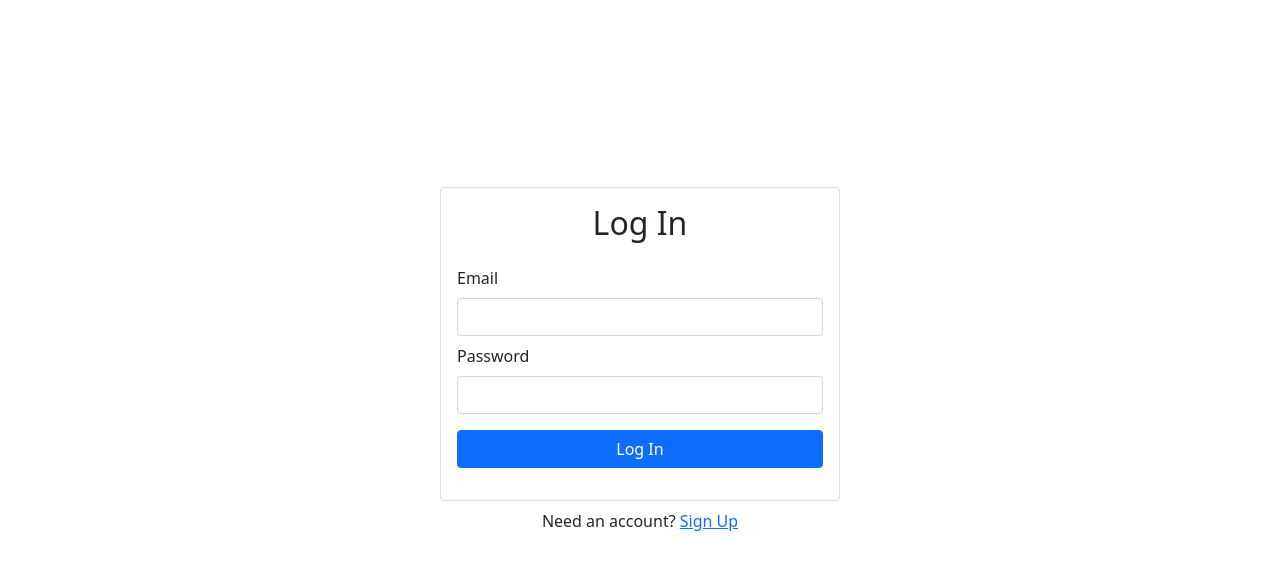
Repository: castilla-aurela/firebase-react-auth
Page: /
An editor plug-in stored every save of this project. The page is shown before and after a run of saves, followed by the edit.
The browser window is 1280 px wide. The pictures show the whole page.
The project was rebuilt for these pictures with package versions that can differ from the ones it lists, and the page was loaded fresh each time. Also part of the build but not shown: src/components/Signup.js, src/components/Dashboard.js.

Above is the page before, as saved 2021-10-04 22:03:37.

After the next 2 saves:
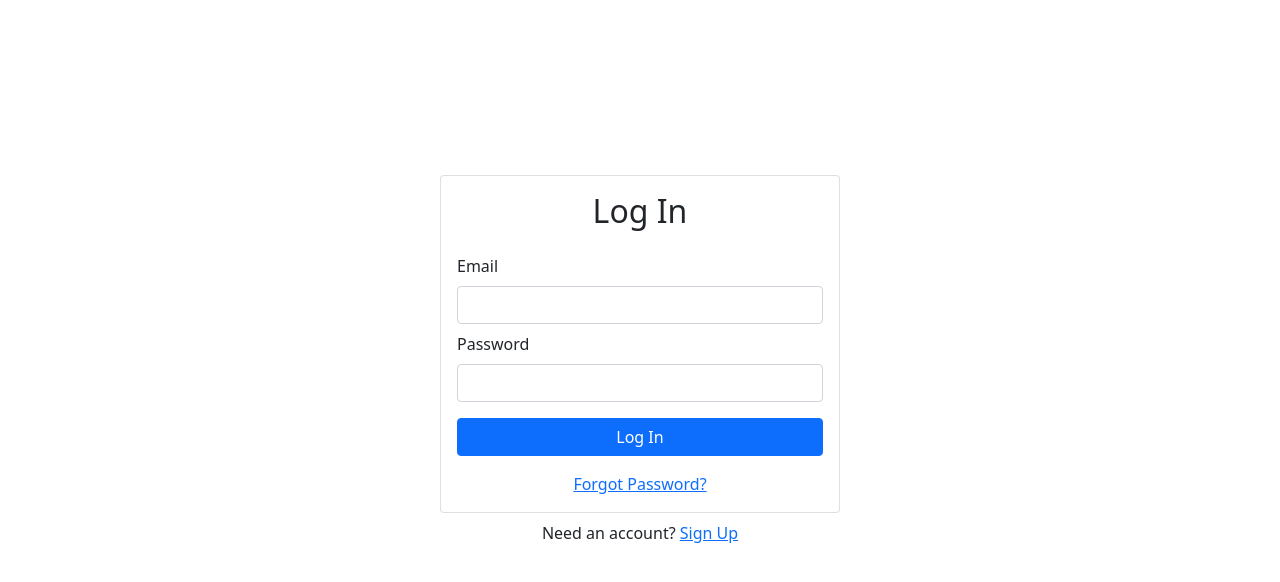
The 2 saves are shown as one change because they came seconds apart.
The last was saved 17 s later.
--- a/src/components/Login.js
+++ b/src/components/Login.js
@@ -44,7 +44,7 @@ export default function Login() {
                        <Button disabled= {loading} className= "w-100  mt-3" type="Submit" >Log In</Button>
                    </Form>
                    <div className = "w-100 text-center mt-3">
-                        <Link to="/forgot-password"></Link>
+                        <Link to="/forgot-password">Forgot Password?</Link>
                    </div>
                </Card.Body>
             </Card>
